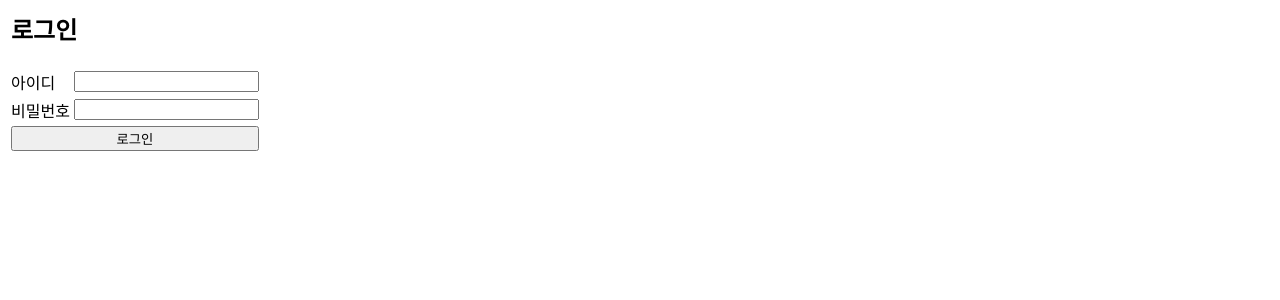
Repository: 99comcom/jsp-
Page: http://localhost/shop/user/login.jsp
An editor plug-in stored every save of this project. The page is shown before and after the next save, followed by the edit.
The browser window is 1280 px wide. The pictures show the whole page.
The page is served by Tomcat 9.

Above is the page before, as saved 2022-08-22 00:29:34.

After the next save:
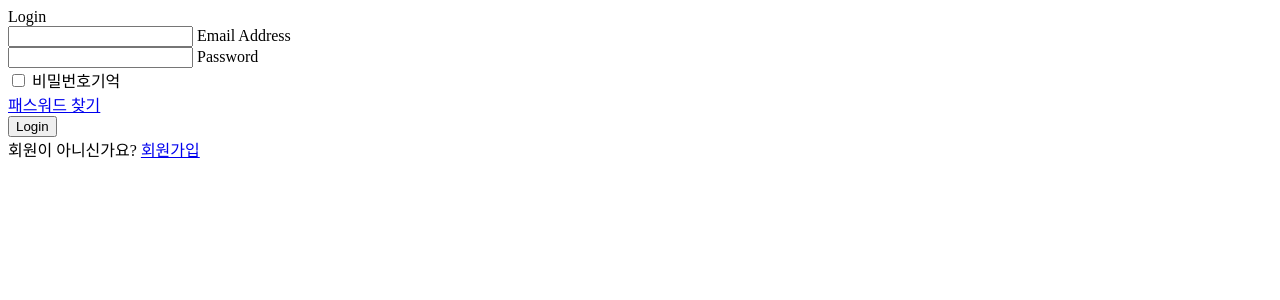
Saved 91 s later.
--- a/shop/src/main/webapp/user/login.jsp
+++ b/shop/src/main/webapp/user/login.jsp
@@ -1,6 +1,44 @@
 <%@ page language="java" contentType="text/html; charset=UTF-8"
     pageEncoding="UTF-8"%>
-<form name="frm">
+
+    <html dir="ltr">
+  <head>
+    <meta charset="utf-8">
+    <title>Shopping Login</title>
+    <link rel="stylesheet" href="login.css">
+  </head>
+  <body>
+    <div class="wrapper">
+      <div class="title">Login</div>
+      <form action="#">
+        <div class="field">
+          <input type="text" required>
+          <label>Email Address</label>
+        </div>
+        <div class="field">
+          <input type="password" required>
+          <label>Password</label>
+        </div>
+        <div class="content">
+          <div class="checkbox">
+            <input type="checkbox" id="remember-me">
+            <label for="remember-me">비밀번호기억</label>
+          </div>
+          <div class="pass-link"><a href="#">패스워드 찾기</a></div>
+        </div>
+        <div class="field">
+          <input type="submit" value="Login">
+        </div>
+        <div class="signup-link">회원이 아니신가요? <a href="#">회원가입</a></div>
+      </form>
+    </div>
+
+  </body>
+</html>
+
+
+
+<!-- <form name="frm">
 	<table>
 		<tr>
 			<td colspan="2"><h2>로그인</h2></td>
@@ -23,4 +61,4 @@
 	</table>
 
 
-</form>
+</form> -->
